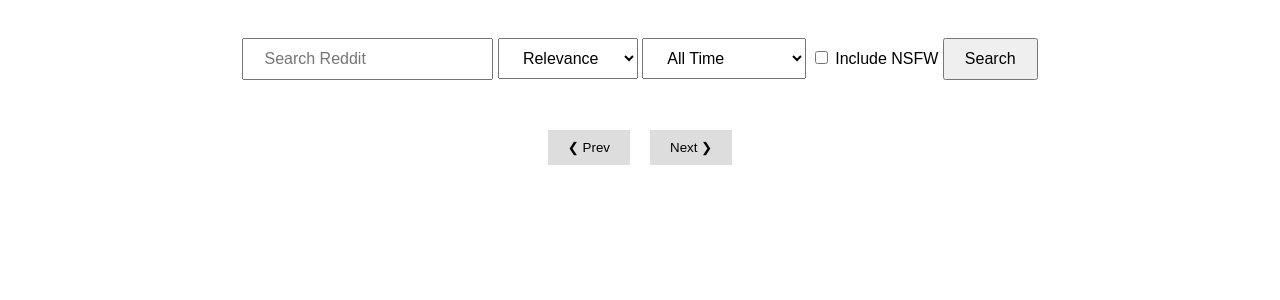
Repository: starryze/RedditScraper
Page: http://localhost/
An editor plug-in stored every save of this project. The page is shown before and after the next save, followed by the edit.
The browser window is 1280 px wide. The pictures show the whole page.
The page is served by the project's application, run on Flask 3 (app.py).

Above is the page before, as saved 2024-07-12 11:28:51.

### templates/index.html
<!DOCTYPE html>
<html lang="en">
<head>
    <meta charset="UTF-8">
    <meta name="viewport" content="width=device-width, initial-scale=1.0">
    <title>Reddit Scraper</title>
    <link rel="stylesheet" href="/static/css/styles.css">
</head>
<body>
    <div class="container">
        <div class="search-box">
            <form id="search-form">
                <input type="text" id="query" name="query" placeholder="Search Reddit">
                <select id="sort_by" name="sort_by">
                    <option value="relevance">Relevance</option>
                    <option value="hot">Hot</option>
                    <option value="new">New</option>
                    <option value="top">Top</option>
                    <option value="comments">Comments</option>
                </select>
                <select id="time_filter" name="time_filter">
                    <option value="all">All Time</option>
                    <option value="hour">Past Hour</option>
                    <option value="day">Past 24 Hours</option>
                    <option value="week">Past Week</option>
                    <option value="month">Past Month</option>
                    <option value="year">Past Year</option>
                </select>
                <label for="include_nsfw">
                    <input type="checkbox" id="include_nsfw" name="include_nsfw"> Include NSFW
                </label>
                <input type="submit" value="Search">
            </form>
        </div>
        <div id="results" class="results"></div>
    </div>

    <!-- Navigation for posts -->
    <div class="post-navigation">
        <button id="prevPostBtn" class="prev">&#10094; Prev</button>
        <button id="nextPostBtn" class="next">Next &#10095;</button>
    </div>

    <script src="https://code.jquery.com/jquery-3.6.0.min.js"></script>
    <script src="/static/js/script.js"></script>
</body>
</html>

### app.py
from flask import Flask, render_template, request, jsonify
import praw
import prawcore
import logging
import requests
import time

app = Flask(__name__)

# Configure PRAW (Reddit API Wrapper)
reddit = praw.Reddit(
    client_id='HfJQjgUcOq31Vc-_SqyVSg',
    client_secret='EU3hwPfOzpLqxIbw0af8A1qLkZEOCQ',
    user_agent='my_reddit_scraper by /u/RHRoulette'
)

def get_content_type(url):
    try:
        response = requests.head(url, allow_redirects=True)
        content_type = response.headers.get('content-type')
        if content_type:
            if 'image' in content_type:
                return 'image'
            elif 'video' in content_type:
                return 'video'
        if 'youtube.com' in url or 'youtu.be' in url:
            return 'youtube'
        elif 'vimeo.com' in url:
            return 'vimeo'
        elif 'gfycat.com' in url:
            return 'gfycat'
        elif 'v.redd.it' in url:
            return 'reddit_video'
        elif 'reddit.com/gallery/' in url:
            return 'gallery'
        elif 'reddit.com' in url and 'comments' in url:
            return 'link'
        elif url.startswith('blob:'):
            return 'blob'
    except Exception as e:
        logging.error(f"Error determining content type: {e}")
    return 'link'

def resolve_video_url(post):
    try:
        media = post.media
        if media and 'reddit_video' in media:
            return media['reddit_video']['fallback_url']
    except Exception as e:
        logging.error(f"Error resolving video URL: {e}")
    return None

def get_gallery_images(post):
    images = []
    try:
        if hasattr(post, 'media_metadata'):
            for item in post.media_metadata.values():
                if item['e'] == 'Image':
                    images.append(item['s']['u'])
    except Exception as e:
        logging.error(f"Error getting gallery images: {e}")
    return images

@app.route('/')
def index():
    return render_template('index.html')

@app.route('/scrape', methods=['POST'])
def scrape():
    query = request.form['query'].strip()
    sort_by = request.form.get('sort_by', 'relevance')
    time_filter = request.form.get('time_filter', 'all')
    include_nsfw = request.form.get('include_nsfw') == 'true'

    subreddit_name = 'all'

    desired_results = 11
    max_attempts = 5

    results = []
    processed_urls = set()
    processed_ids = set()
    attempts = 0
    after = None  # Initialize after parameter

    try:
        while len(results) < desired_results and attempts < max_attempts:
            posts = reddit.subreddit(subreddit_name).search(
                query, sort=sort_by, time_filter=time_filter, limit=50,
                params={'include_over_18': include_nsfw, 'after': after}
            )

            new_results_found = False

            for post in posts:
                if post.id in processed_ids or post.url in processed_urls:
                    continue

                content_type = get_content_type(post.url)

                if content_type in ['image', 'video', 'reddit_video', 'gallery']:
                    if content_type == 'reddit_video':
                        url = resolve_video_url(post)
                        if url is None:
                            processed_ids.add(post.id)
                            continue
                        results.append({
                            'title': post.title,
                            'url': url,
                            'nsfw': post.over_18,
                            'type': content_type,
                        })
                    elif content_type == 'gallery':
                        images = get_gallery_images(post)
                        if not images:
                            processed_ids.add(post.id)
                            continue
                        results.append({
                            'title': post.title,
                            'url': post.url,
                            'nsfw': post.over_18,
                            'type': content_type,
                            'images': images
                        })
                    else:
                        url = post.url
                        results.append({
                            'title': post.title,
                            'url': url,
                            'nsfw': post.over_18,
                            'type': content_type
                        })

                    processed_ids.add(post.id)
                    processed_urls.add(post.url)
                    new_results_found = True

                if len(results) >= desired_results:
                    break

            if not new_results_found:
                attempts += 1
            else:
                attempts = 0

            after = posts.params.get('after') if hasattr(posts, 'params') else None

            if attempts < max_attempts:
                time.sleep(1)

    except prawcore.exceptions.ResponseException as e:
        logging.error(f"Error fetching posts: {e}")
        return jsonify({'error': str(e)}), 500

    except Exception as e:
        logging.error(f"An unexpected error occurred: {e}")
        return jsonify({'error': str(e)}), 500

    return jsonify(results[:desired_results])

if __name__ == '__main__':
    app.run(debug=True)

### static/css/styles.css
body {
    font-family: Arial, sans-serif;
}

.container {
    width: 80%;
    margin: auto;
    overflow: hidden;
}

.search-box {
    margin-top: 30px;
    text-align: center;
}

.search-box input[type="text"],
.search-box select,
.search-box input[type="submit"],
.search-box input[type="checkbox"] {
    padding: 10px 20px;
    font-size: 16px;
    cursor: pointer;
}

.results {
    margin-top: 30px;
}

.results .item,
.results .nsfw-item {
    margin-bottom: 20px;
    padding: 10px;
    text-align: center;
    height: 1020px;
}

.results img,
.results video,
.results iframe,
.gallery-image {
    max-width: 1000px;
    width: 100%;
    height: 1020px;
    max-height: 1020px;
    display: block;
    margin: auto;
    border: 1px solid #ccc;
    border-radius: 4px;
    box-shadow: 0 2px 8px rgba(0, 0, 0, 0.1);
}

.gallery-container {
    position: relative;
    width: 100%;
    max-width: 1000px; /* Adjust as needed */
    height: 1020px;
    margin: auto;
}

.gallery {
    display: flex;
    overflow: hidden;
    width: 100%;
    position: relative;
    height: 1020px;
}

.gallery-image {
    display: none;
    width: 100%;
    height: 1020px;
}

.gallery-prev, .gallery-next {
    position: absolute;
    top: 0;
    bottom: 0;
    width: 50%;
    background-color: rgba(0, 0, 0, 0.3);
    color: white;
    border: none;
    cursor: pointer;
    z-index: 2;
    display: flex;
    align-items: center;
    justify-content: center;
    opacity: 0;
    transition: opacity 0.3s;
}

.gallery-prev:hover, .gallery-next:hover {
    animation: fadeOut 1s forwards 1s; /* Wait 1 second before starting the fade out */
    opacity: 1;
}

@keyframes fadeOut {
    0% {
        background-color: rgba(0, 0, 0, 0.5);
    }
    100% {
        background-color: rgba(0, 0, 0, 0);
    }
}

.gallery-prev {
    left: 0;
    justify-content: flex-start;
    padding-left: 20px;
}

.gallery-next {
    right: 0;
    justify-content: flex-end;
    padding-right: 20px;
}

.video-container {
    position: relative;
    width: 100%;
    height: 1020px;
    padding-bottom: 56.25%; /* 16:9 ratio */
}

.video-container video,
.video-container iframe {
    position: absolute;
    top: 0;
    left: 0;
    width: 100%;
    height: 100%;
}

.post-navigation {
    display: flex;
    justify-content: center;
    align-items: center; /* Ensure they are vertically centered as well */
    margin-top: 20px;
}

.post-navigation .prev, .post-navigation .next {
    padding: 10px 20px;
    background-color: #ddd;
    border: none;
    cursor: pointer;
    margin: 0 10px;
    transition: background-color 0.3s;
}

.post-navigation .prev:hover, .post-navigation .next:hover {
    background-color: #bbb;
}

### static/js/script.js
document.addEventListener("DOMContentLoaded", function() {
    let currentIndex = 0;
    let posts = [];

    function search() {
        let query = $('#query').val().trim();
        if (query === '') {
            alert('Please enter a search term.');
            return;
        }
        let sort_by = $('#sort_by').val();
        let time_filter = $('#time_filter').val();
        let include_nsfw = $('#include_nsfw').is(':checked');
        let include_images = $('#include_images').is(':checked');
        let include_videos = $('#include_videos').is(':checked');
        let include_galleries = $('#include_galleries').is(':checked');

        $.post('/scrape', {
            query: query,
            sort_by: sort_by,
            time_filter: time_filter,
            include_nsfw: include_nsfw,
            include_images: include_images,
            include_videos: include_videos,
            include_galleries: include_galleries
        }, function(data) {
            $('#results').empty();
            if (data.error) {
                $('#results').append(`<div class="error">${data.error}</div>`);
                return;
            }
            posts = data;
            currentIndex = 0;
            displayPost(currentIndex);
        }).fail(function(jqXHR, textStatus, errorThrown) {
            $('#results').append(`<div class="error">Error: ${textStatus}</div>`);
        });
    }

    function displayPost(index) {
        $('#results').empty();
        let item = posts[index];
        let content;
        if (item.type === 'image') {
            content = `<img src="${item.url}" alt="${item.title}" class="media-element">`;
        } else if (item.type === 'video' || item.type === 'reddit_video' || item.url.endsWith('.mp4') || item.url.startsWith('blob:') || item.url.includes('v.redd.it')) {
            content = `<video controls src="${item.url}" class="media-element"></video>`;
        } else if (item.type === 'youtube') {
            const videoId = item.url.split('v=')[1]?.split('&')[0] || item.url.split('/')[3];
            const embedUrl = `https://www.youtube.com/embed/${videoId}`;
            content = `<iframe src="${embedUrl}" frameborder="0" allow="accelerometer; autoplay; clipboard-write; encrypted-media; gyroscope; picture-in-picture" allowfullscreen class="media-element"></iframe>`;
        } else if (item.type === 'vimeo') {
            const videoId = item.url.split('.com/')[1];
            const embedUrl = `https://player.vimeo.com/video/${videoId}`;
            content = `<iframe src="${embedUrl}" frameborder="0" allow="autoplay; fullscreen; picture-in-picture" allowfullscreen class="media-element"></iframe>`;
        } else if (item.type === 'gfycat') {
            const embedUrl = item.url.replace('gfycat.com', 'gfycat.com/ifr');
            content = `<iframe src="${embedUrl}" frameborder="0" allow="autoplay; fullscreen; picture-in-picture" allowfullscreen class="media-element"></iframe>`;
        } else if (item.type === 'gallery') {
            content = `
                <div class="gallery-container" data-current-index="0">
                    <div class="gallery">
                        ${item.images.map((image, index) => `
                            <img src="${image}" alt="${item.title}" class="media-element gallery-image">
                        `).join('')}
                    </div>
                    <button class="gallery-prev" onclick="moveGallery(this, -1)">&#10094;</button>
                    <button class="gallery-next" onclick="moveGallery(this, 1)">&#10095;</button>
                </div>
            `;
        } else if (item.type === 'link' && item.url.includes('reddit.com')) {
            content = `<blockquote class="reddit-card"><a href="${item.url}">${item.title}</a></blockquote>`;
        } else {
            content = `<a href="${item.url}" target="_blank">${item.title}</a>`;
        }
        if (item.nsfw) {
            $('#results').append(`<div class="nsfw-item">${content}</div>`);
        } else {
            $('#results').append(`<div class="item">${content}</div>`);
        }

        $('#results').find('.gallery-image').hide().first().show();
    }

    window.moveGallery = function(button, direction) {
        const galleryContainer = button.closest('.gallery-container');
        const gallery = galleryContainer.querySelector('.gallery');
        const images = gallery.querySelectorAll('.gallery-image');
        let currentIndex = parseInt(galleryContainer.getAttribute('data-current-index') || '0', 10);

        currentIndex += direction;
        if (currentIndex < 0) {
            currentIndex = images.length - 1;
        } else if (currentIndex >= images.length) {
            currentIndex = 0;
        }

        images.forEach((img, index) => {
            img.style.display = index === currentIndex ? 'block' : 'none';
        });

        galleryContainer.setAttribute('data-current-index', currentIndex);
    }

    function navigatePosts(direction) {
        currentIndex += direction;
        if (currentIndex < 0) {
            currentIndex = posts.length - 1;
        } else if (currentIndex >= posts.length) {
            currentIndex = 0;
        }
        displayPost(currentIndex);
    }

    $(document).ready(function() {
        $('#search-form').on('submit', function(e) {
            e.preventDefault();
            search();
        });

        $('#prevPostBtn').on('click', function() {
            navigatePosts(-1);
        });

        $('#nextPostBtn').on('click', function() {
            navigatePosts(1);
        });
    });
});

### styles.css
body {
    font-family: Arial, sans-serif;
}

.container {
    width: 80%;
    margin: auto;
    overflow: hidden;
}

.search-box {
    margin-top: 30px;
    text-align: center;
}

.search-box input[type="text"],
.search-box select,
.search-box input[type="submit"],
.search-box input[type="checkbox"] {
    padding: 10px 20px;
    font-size: 16px;
    cursor: pointer;
}

.results {
    margin-top: 30px;
}

.results .item,
.results .nsfw-item {
    margin-bottom: 20px;
    padding: 10px;
    text-align: center;
    height: 1020px;
}

.results img,
.results video,
.results iframe,
.gallery-image {
    max-width: 1000px;
    width: 100%;
    height: 1020px;
    max-height: 1020px;
    display: block;
    margin: auto;
    border: 1px solid #ccc;
    border-radius: 4px;
    box-shadow: 0 2px 8px rgba(0, 0, 0, 0.1);
}

.gallery-container {
    position: relative;
    width: 100%;
    max-width: 1000px; /* Adjust as needed */
    height: 1020px;
    margin: auto;
}

.gallery {
    display: flex;
    overflow: hidden;
    width: 100%;
    position: relative;
    height: 1020px;
}

.gallery-image {
    display: none;
    width: 100%;
    height: 1020px;
}

.gallery-prev, .gallery-next {
    position: absolute;
    top: 0;
    bottom: 0;
    width: 50%;
    background-color: rgba(0, 0, 0, 0.3);
    color: white;
    border: none;
    cursor: pointer;
    z-index: 2;
    display: flex;
    align-items: center;
    justify-content: center;
    opacity: 0;
    transition: opacity 0.3s;
}

.gallery-prev:hover, .gallery-next:hover {
    animation: fadeOut 1s forwards 1s; /* Wait 1 second before starting the fade out */
    opacity: 1;
}

@keyframes fadeOut {
    0% {
        background-color: rgba(0, 0, 0, 0.5);
    }
    100% {
        background-color: rgba(0, 0, 0, 0);
    }
}

.gallery-prev {
    left: 0;
    justify-content: flex-start;
    padding-left: 20px;
}

.gallery-next {
    right: 0;
    justify-content: flex-end;
    padding-right: 20px;
}

.video-container {
    position: relative;
    width: 100%;
    height: 1020px;
    padding-bottom: 56.25%; /* 16:9 ratio */
}

.video-container video,
.video-container iframe {
    position: absolute;
    top: 0;
    left: 0;
    width: 100%;
    height: 100%;
}

.post-navigation {
    display: flex;
    justify-content: center;
    align-items: center; /* Ensure they are vertically centered as well */
    margin-top: 20px;
}

.post-navigation .prev, .post-navigation .next {
    padding: 10px 20px;
    background-color: #ddd;
    border: none;
    cursor: pointer;
    margin: 0 10px;
    transition: background-color 0.3s;
}

.post-navigation .prev:hover, .post-navigation .next:hover {
    background-color: #bbb;
}

### script.js
document.addEventListener("DOMContentLoaded", function() {
    let currentIndex = 0;
    let posts = []; // Array to store fetched posts

    function search() {
        let query = $('#query').val().trim();
        if (query === '') {
            alert('Please enter a search term.');
            return;
        }
        let sort_by = $('#sort_by').val();
        let time_filter = $('#time_filter').val();
        let include_nsfw = $('#include_nsfw').is(':checked');
        let include_images = $('#include_images').is(':checked');
        let include_videos = $('#include_videos').is(':checked');
        let include_galleries = $('#include_galleries').is(':checked');

        console.log(`Query: ${query}, Sort by: ${sort_by}, Time filter: ${time_filter}, Include NSFW: ${include_nsfw}, Include Images: ${include_images}, Include Videos: ${include_videos}, Include Galleries: ${include_galleries}`);

        $.post('/scrape', {
            query: query,
            sort_by: sort_by,
            time_filter: time_filter,
            include_nsfw: include_nsfw,
            include_images: include_images,
            include_videos: include_videos,
            include_galleries: include_galleries
        }, function(data) {
            console.log("Data received:", data); // Log the received data
            $('#results').empty();
            if (data.error) {
                $('#results').append(`<div class="error">${data.error}</div>`);
                return;
            }
            posts = data;
            currentIndex = 0;
            displayPost(currentIndex);
        }).fail(function(jqXHR, textStatus, errorThrown) {
            console.error("Error during AJAX request:", textStatus, errorThrown);
            $('#results').append(`<div class="error">Error: ${textStatus}</div>`);
        });
    }

    function displayPost(index) {
        $('#results').empty();
        let item = posts[index];
        let content;
        if (item.type === 'image') {
            content = `<img src="${item.url}" alt="${item.title}" class="media-element">`;
        } else if (item.type === 'video' || item.type === 'reddit_video' || item.url.endsWith('.mp4') || item.url.startsWith('blob:') || item.url.includes('v.redd.it')) {
            if (item.audio_url) {
                content = `
                    <video controls class="media-element">
                        <source src="${item.url}" type="video/mp4">
                        <source src="${item.audio_url}" type="audio/mp4">
                    </video>`;
            } else {
                content = `<video controls src="${item.url}" class="media-element"></video>`;
            }
        } else if (item.type === 'youtube') {
            const videoId = item.url.split('v=')[1]?.split('&')[0] || item.url.split('/')[3];
            const embedUrl = `https://www.youtube.com/embed/${videoId}`;
            content = `<iframe src="${embedUrl}" frameborder="0" allow="accelerometer; autoplay; clipboard-write; encrypted-media; gyroscope; picture-in-picture" allowfullscreen class="media-element"></iframe>`;
        } else if (item.type === 'vimeo') {
            const videoId = item.url.split('.com/')[1];
            const embedUrl = `https://player.vimeo.com/video/${videoId}`;
            content = `<iframe src="${embedUrl}" frameborder="0" allow="autoplay; fullscreen; picture-in-picture" allowfullscreen class="media-element"></iframe>`;
        } else if (item.type === 'gfycat') {
            const embedUrl = item.url.replace('gfycat.com', 'gfycat.com/ifr');
            content = `<iframe src="${embedUrl}" frameborder="0" allow="autoplay; fullscreen; picture-in-picture" allowfullscreen class="media-element"></iframe>`;
        } else if (item.type === 'gallery') {
            content = `
                <div class="gallery-container" data-current-index="0">
                    <div class="gallery">
                        ${item.images.map((image, index) => `
                            <img src="${image}" alt="${item.title}" class="media-element gallery-image">
                        `).join('')}
                    </div>
                    <button class="gallery-prev" onclick="moveGallery(this, -1)">&#10094;</button>
                    <button class="gallery-next" onclick="moveGallery(this, 1)">&#10095;</button>
                </div>
            `;
        } else if (item.type === 'link' && item.url.includes('reddit.com')) {
            // Embed Reddit post directly for video blobs
            content = `<blockquote class="reddit-card"><a href="${item.url}">${item.title}</a></blockquote>`;
        } else {
            content = `<a href="${item.url}" target="_blank">${item.title}</a>`;
        }
        if (item.nsfw) {
            $('#results').append(`<div class="nsfw-item">${content}</div>`);
        } else {
            $('#results').append(`<div class="item">${content}</div>`);
        }

        // Ensure only the first image is displayed initially for galleries
        $('#results').find('.gallery-image').hide().first().show();
    }

    // Function to move gallery images
    window.moveGallery = function(button, direction) {
        const galleryContainer = button.closest('.gallery-container');
        const gallery = galleryContainer.querySelector('.gallery');
        const images = gallery.querySelectorAll('.gallery-image');
        let currentIndex = parseInt(galleryContainer.getAttribute('data-current-index') || '0', 10);

        currentIndex += direction;
        if (currentIndex < 0) {
            currentIndex = images.length - 1;
        } else if (currentIndex >= images.length) {
            currentIndex = 0;
        }

        images.forEach((img, index) => {
            img.style.display = index === currentIndex ? 'block' : 'none';
        });

        galleryContainer.setAttribute('data-current-index', currentIndex);
    }

    function navigatePosts(direction) {
        currentIndex += direction;
        if (currentIndex < 0) {
            currentIndex = posts.length - 1;
        } else if (currentIndex >= posts.length) {
            currentIndex = 0;
        }
        displayPost(currentIndex);
    }

    $(document).ready(function() {
        $('#search-form').on('submit', function(e) {
            e.preventDefault();
            search();
        });

        // Event listeners for navigation buttons
        $('#prevPostBtn').on('click', function() {
            navigatePosts(-1);
        });

        $('#nextPostBtn').on('click', function() {
            navigatePosts(1);
        });
    });
});

After the next save:
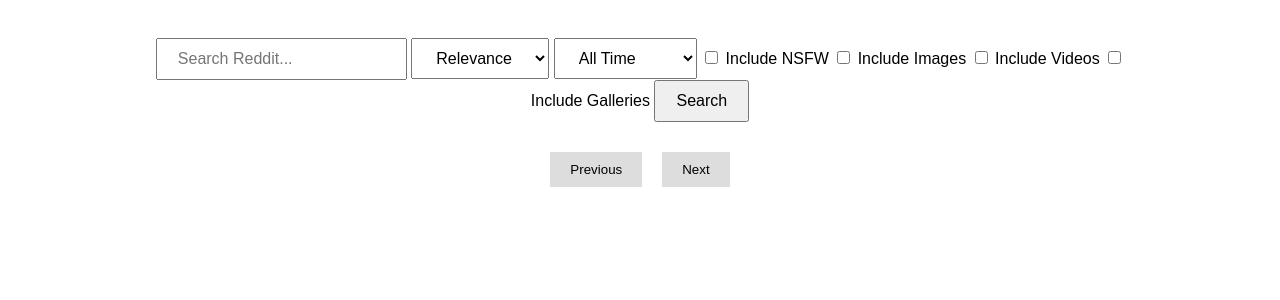
Saved 21 s later.
--- a/templates/index.html
+++ b/templates/index.html
@@ -3,45 +3,48 @@
 <head>
     <meta charset="UTF-8">
     <meta name="viewport" content="width=device-width, initial-scale=1.0">
-    <title>Reddit Scraper</title>
-    <link rel="stylesheet" href="/static/css/styles.css">
+    <title>Reddit Media Scraper</title>
+    <link rel="stylesheet" href="styles.css">
+    <script src="https://code.jquery.com/jquery-3.6.0.min.js"></script>
+    <script src="script.js"></script>
 </head>
 <body>
     <div class="container">
         <div class="search-box">
             <form id="search-form">
-                <input type="text" id="query" name="query" placeholder="Search Reddit">
-                <select id="sort_by" name="sort_by">
+                <input type="text" id="query" placeholder="Search Reddit...">
+                <select id="sort_by">
                     <option value="relevance">Relevance</option>
+                    <option value="new">New</option>
                     <option value="hot">Hot</option>
-                    <option value="new">New</option>
-                    <option value="top">Top</option>
-                    <option value="comments">Comments</option>
                 </select>
-                <select id="time_filter" name="time_filter">
+                <select id="time_filter">
                     <option value="all">All Time</option>
-                    <option value="hour">Past Hour</option>
-                    <option value="day">Past 24 Hours</option>
+                    <option value="day">Past Day</option>
                     <option value="week">Past Week</option>
                     <option value="month">Past Month</option>
                     <option value="year">Past Year</option>
                 </select>
-                <label for="include_nsfw">
-                    <input type="checkbox" id="include_nsfw" name="include_nsfw"> Include NSFW
+                <label>
+                    <input type="checkbox" id="include_nsfw"> Include NSFW
+                </label>
+                <label>
+                    <input type="checkbox" id="include_images"> Include Images
+                </label>
+                <label>
+                    <input type="checkbox" id="include_videos"> Include Videos
+                </label>
+                <label>
+                    <input type="checkbox" id="include_galleries"> Include Galleries
                 </label>
                 <input type="submit" value="Search">
             </form>
         </div>
-        <div id="results" class="results"></div>
+        <div class="results" id="results"></div>
+        <div class="post-navigation">
+            <button id="prevPostBtn" class="prev">Previous</button>
+            <button id="nextPostBtn" class="next">Next</button>
+        </div>
     </div>
-
-    <!-- Navigation for posts -->
-    <div class="post-navigation">
-        <button id="prevPostBtn" class="prev">&#10094; Prev</button>
-        <button id="nextPostBtn" class="next">Next &#10095;</button>
-    </div>
-
-    <script src="https://code.jquery.com/jquery-3.6.0.min.js"></script>
-    <script src="/static/js/script.js"></script>
 </body>
 </html>
